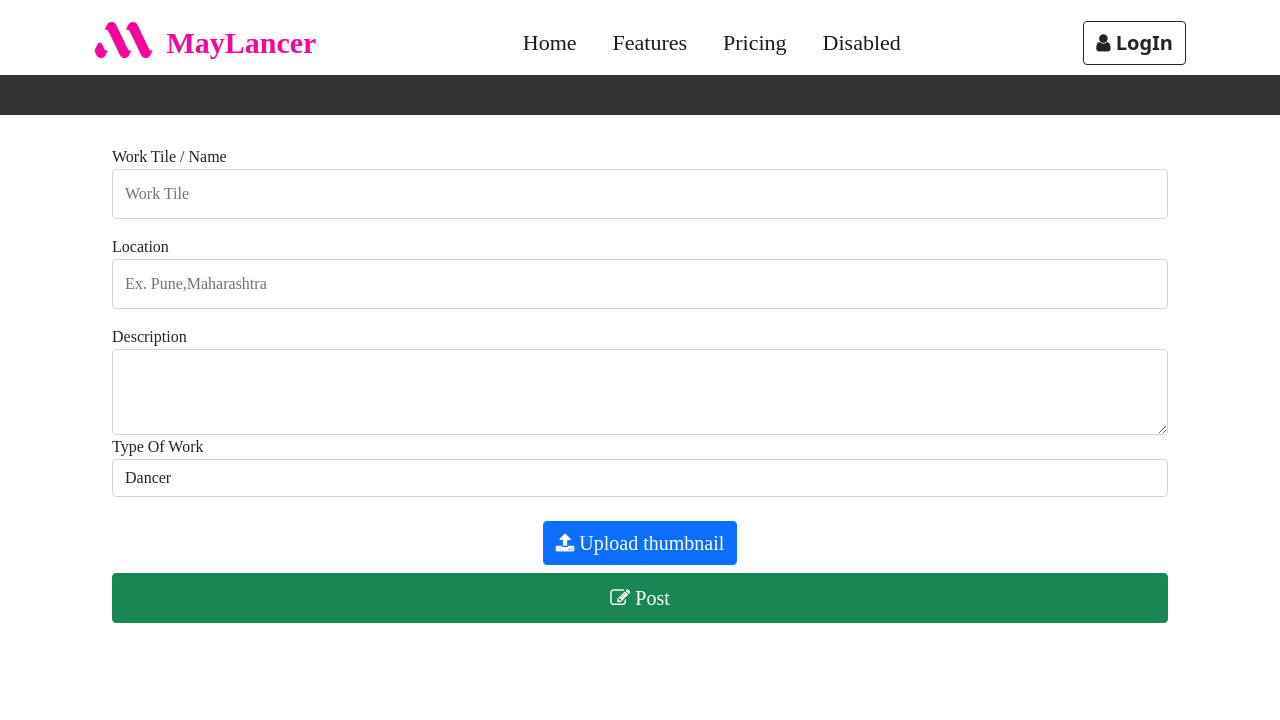
Repository: prathmesh2023/maylancers
Page: http://localhost/post_job
The author's editor kept a copy of each file at every save. The page is drawn from the files as they stood at one save, then again after the next save.
The browser window is 1280 px wide. The pictures show the whole page.
Some web fonts or font styles are not loaded; a fallback is used. Some web libraries are served in a nearby version. The page is served by the project's application, run on Django 3.2 (manage.py). Other server files are loaded and not shown. The page reads the database file committed with the project.

Above is the page before, as saved 2022-01-24 02:45:38.

### templates/postjob.html
{% extends "base.html" %} {% block title %} MayLancers {% endblock title %} {% load static %} {% block main %}
<div class="container ">


    <form method="post" action="/post_job" style="padding:30px;" enctype="multipart/form-data">
        <div class="mb-3">
            <label for="exampleInputEmail1">Work Tile / Name</label>

            <input required required type="text" name="wtitle" class="form-control" id="exampleInputEmail1" aria-describedby="emailHelp" placeholder="Work Tile ">

        </div>
        <div class="mb-3">
            <label for="loc">Location</label>
            <input required required type="text" name="loc" class="form-control" id="loc" placeholder="Ex. Pune,Maharashtra">
        </div>


        <div class="form-group">
            <label for="exampleFormControlTextarea1">Description</label>
            <textarea name="desc" required class="form-control" id="exampleFormControlTextarea1" rows="3"></textarea>
        </div>

        <div class="form-group">
            <label for="exampleFormControlSelect1">Type Of Work</label>
            <select name="cat" required class="form-control" id="exampleFormControlSelect1">
                {% for i in cat %}
                <option>{{i.title}}</option>
                {% endfor %}


          </div>

            </select>
        </div>
        <br> {% csrf_token %}

        <input name="file" required type="file" id="file" style="display:none;">

        <center>
            <label for="file" class="btn btn-primary "><span class="fa fa-upload">   </span> Upload thumbnail</label></center>
        <button type="submit" class="btn btn-success my-2"><span class="fa fa-edit"> </span> Post</button>
    </form>

</div>

<style>
    <style>.form {}

    form {
        background-color: white;
        padding: 10px;
        font-family: cursive;
        border-radius: 15px;
    }

    form input {
        height: 50px;
        font-size: 20x;
    }

    form button {
        height: 50px;
        width: 100%;
    }

    .btn {
        font-size: 20px;
    }

    .ml {
        margin-top: 10%;
    }

    .mf {
        margin-top: 8%;
    }
</style>


{% endblock %}

### templates/base.html
<!DOCTYPE html>
<html lang="en">

<head>
    <!-- Required meta tags -->
    <meta charset="utf-8" />

    <meta content="width=device-width, initial-scale=1" name="viewport" />

    <!-- Bootstrap CSS -->

    {% load static %}

    <link href="{% static 'bootstrap-5/css/bootstrap.min.css' %}" type="text/css" rel="stylesheet" />
    <link href="{% static 'css/main.css' %}" type="text/css" rel="stylesheet">

    <!-- js bostrap -->
    <script src="https://code.jquery.com/jquery-3.2.1.slim.min.js" integrity="sha384-KJ3o2DKtIkvYIK3UENzmM7KCkRr/rE9/Qpg6aAZGJwFDMVNA/GpGFF93hXpG5KkN" crossorigin="anonymous"></script>
    <script src="https://cdnjs.cloudflare.com/ajax/libs/popper.js/1.12.9/umd/popper.min.js" integrity="sha384-ApNbgh9B+Y1QKtv3Rn7W3mgPxhU9K/ScQsAP7hUibX39j7fakFPskvXusvfa0b4Q" crossorigin="anonymous"></script>
    <script src="https://maxcdn.bootstrapcdn.com/bootstrap/4.0.0/js/bootstrap.min.js" integrity="sha384-JZR6Spejh4U02d8jOt6vLEHfe/JQGiRRSQQxSfFWpi1MquVdAyjUar5+76PVCmYl" crossorigin="anonymous"></script>
    <!-- / -->
    <link rel="stylesheet" href="https://cdnjs.cloudflare.com/ajax/libs/font-awesome/4.7.0/css/font-awesome.min.css">
    <link href='https://fonts.googleapis.com/css?family=Concert One' rel='stylesheet'>
    <link href='https://fonts.googleapis.com/css?family=Courgette' rel='stylesheet'>
    <link href='https://fonts.googleapis.com/css?family=Jockey One' rel='stylesheet'>

    <!--  -->
    {% load static %}
    <title>{% block title %} {% endblock %}</title>
</head>


<body>


    <div class="container">
        <nav class="navbar navbar-expand-lg navbar-light bg-white">
            <div class="container-fluid">
                <a class="navbar-brand" href="#"><img class="brand " src="{% static 'img/logo.png' %}"> <span class="mx-2 Courgette" style=" color: #f5069d;  font-size: 30px;"> <b>MayLancer</b></span></a>
                <button class="navbar-toggler" type="button" data-bs-toggle="collapse" data-bs-target="#navbarNav" aria-controls="navbarNav" aria-expanded="false" aria-label="Toggle navigation">
      <span class="navbar-toggler-icon"></span>
    </button>
                <div class="collapse navbar-collapse" id="navbarNav">
                    <ul class="navbar-nav mx-auto ">
                        <li class="nav-item">
                            <a class="nav-link active" aria-current="page" href="#">Home</a>
                        </li>
                        <li class="nav-item ">
                            <a class="nav-link active" href="#">Features</a>
                        </li>
                        <li class="nav-item ">
                            <a class="nav-link active" href="#">Pricing</a>
                        </li>
                        <li class="nav-item  ">
                            <a class="nav-link active disabled">Disabled</a>
                        </li>
                    </ul>



                    {% if user.is_authenticated %} &nbsp;<span class=""> <b>

                        {{ user.username }}</b></span> &nbsp;&nbsp;
                    <a href="/logout">Logout</a> {% else %}
                    <a href="/login"><button class="btn btn-outline-dark"><span class="fa fa-user"> </span> <b>LogIn</b></button></a> {% endif %}

                </div>
            </div>
        </nav>
    </div>


    <div class="navbar " style="height: 40px; margin-top: -10px; background-color: #000000cc;">




    </div>


    {% block main %} {% endblock main %}

    <!--
    <div class="container my-5">
        <div class="row">
            <div class="col-md-3">

                <div class="card  m-0 p-0" style="border: solid 2px #f5069d ; border-top-right-radius: 0px; border-top-left-radius: 0px; border-top: none ;">
                    <div class="card-body ">
                        <img src="painter.jpg" class="img border-0 p-0">
                        <h2 style="margin-top:20px;">
                            Painter
                        </h2>
                        <p class="card-text"><b>Find Painters nearby you</b></p>
                        <a href="#" class="btn sub">  Find </a>
                    </div>
                </div>

            </div>


            <div class="col-md-3">

                <div class="card  m-0 p-0" style="border: solid 2px #f5069d ; border-top-right-radius: 0px; border-top-left-radius: 0px; border-top: none ;">
                    <div class="card-body ">
                        <img src="mechanic.jpg" class="img border-0 p-0">
                        <h2 style="margin-top:20px;">
                            Mechanic
                        </h2>
                        <p class="card-text"><b>Find Mechanics nearby you</b></p>
                        <a href="#" class="btn sub"> Find </a>
                    </div>
                </div>

            </div>



            <div class="col-md-3">

                <div class="card  m-0 p-0" style="border: solid 2px #f5069d ; border-top-right-radius: 0px; border-top-left-radius: 0px; border-top: none ;">
                    <div class="card-body ">
                        <img src="designer1.jpg" class="img border-0 p-0">
                        <h2 style="margin-top:20px;">
                            Designer
                        </h2>
                        <p class="card-text"><b>Find Designer nearby you</b></p>
                        <a href="#" class="btn sub"> Find </a>
                    </div>
                </div>

            </div>


            <div class="col-md-3">

                <div class="card  m-0 p-0" style="border: solid 2px #f5069d ; border-top-right-radius: 0px; border-top-left-radius: 0px; border-top: none ;">
                    <div class="card-body ">
                        <img src="doctor.jpg" class="img border-0 p-0">
                        <h2 style="margin-top:20px;">
                            Doctor
                        </h2>
                        <p class="card-text"><b>Find Doctors nearby you</b></p>
                        <a href="#" class="btn sub"> Find </a>
                    </div>
                </div>

            </div>
        </div>
    </div> -->

    <!-- / -->





    <!-- Optional JavaScript; choose one of the two! -->

    <!-- Option 1: Bootstrap Bundle with Popper -->
    <script src="https://cdn.jsdelivr.net/npm/bootstrap@5.1.3/dist/js/bootstrap.bundle.min.js " integrity="sha384-ka7Sk0Gln4gmtz2MlQnikT1wXgYsOg+OMhuP+IlRH9sENBO0LRn5q+8nbTov4+1p " crossorigin="anonymous "></script>

    <!-- Option 2: Separate Popper and Bootstrap JS -->
    <!--
    <script src="https://cdn.jsdelivr.net/npm/@popperjs/core@2.10.2/dist/umd/popper.min.js " integrity="sha384-7+zCNj/IqJ95wo16oMtfsKbZ9ccEh31eOz1HGyDuCQ6wgnyJNSYdrPa03rtR1zdB " crossorigin="anonymous "></script>
    <script src="https://cdn.jsdelivr.net/npm/bootstrap@5.1.3/dist/js/bootstrap.min.js " integrity="sha384-QJHtvGhmr9XOIpI6YVutG+2QOK9T+ZnN4kzFN1RtK3zEFEIsxhlmWl5/YESvpZ13 " crossorigin="anonymous "></script>
    -->
</body>

</html>

### app1/models.py
from django.db import models

# Create your models here.
from django.contrib.auth.models import User

class profile(models.Model):
    user = models.OneToOneField(User, on_delete=models.CASCADE)
    about = models.CharField(max_length=100)
    dp = models.ImageField('dp', upload_to="app1/img/dp")


class category(models.Model):
    title = models.CharField(max_length=200)
    location = models.CharField(max_length=200)
    thumbnail = models.ImageField('thumbnail', upload_to="app1/img/category")
    desc = models.TextField()


    def __str__(self):
        return self.title


class post(models.Model):

    title = models.CharField(max_length=200)
    loc = models.CharField(max_length=200)
    desc = models.TextField()
    cat = models.CharField(max_length=200)
    thumb = models.ImageField('thumb', upload_to="app1/img/post/thumb")
    afrom = models.IntegerField()
    ato = models.IntegerField()


    def __str__(self):
        return self.title

### app1/views.py
from django.shortcuts import render,HttpResponse,redirect
from django.contrib.auth.models import User,auth
from django.contrib.auth.decorators import login_required
from .models import User,profile,category


# Create your views here.

def home(request):



    cat = category.objects.all().order_by('-id')

    data= {
        'cat':cat,
    }


    return render(request, "home.html", data)


def login(request):

    if request.method == 'POST':
        uname = request.POST.get('uname')
        pwd = request.POST.get('pwd')

        user = auth.authenticate(username=uname, password=pwd)

        if user is not None:
            auth.login(request, user)
            return redirect('/profile')
        else:
            return HttpResponse("uname , password invalid ")


    return render(request, "login.html")




def logout(request):
    auth.logout(request)

    return redirect('/')


def profile(request):

    if request.user.is_authenticated:


        return render(request, "profile.html")
    else:
        return redirect("/login")


def register(request):

    if request.method == "POST":
        uname = request.POST.get('uname')
        email = request.POST.get('email')
        pwd = request.POST.get('pwd')
        fname = request.POST.get('fname')
        lname = request.POST.get('lname')


        # u = User(password=pwd, username=uname, email=email,first_name=fname, last_name=lname)

        User.objects.create_user(password=pwd, username=uname, email=email,first_name=fname, last_name=lname)


        return redirect('/profile')
    else:
        HttpResponse("faield")

    return render(request, "register.html")


def post_job(request):

    cat = category.objects.all().order_by('-id')

    data={
        "cat":cat,
    }

    if request.method == 'POST':
        wtitle = request.POST.get('wtitle')
        loc = request.POST.get('loc')
        desc = request.POST.get('desc')
        cat = request.POST.get('cat')
        thumb = request.FILES['file']

        from .models import post

        job = post(title=wtitle, loc=loc, desc=desc, cat=cat, thumb=thumb)

        job.save()

        return redirect('/')


    return render(request, "postjob.html", data)

### maylancer/urls.py
"""maylancer URL Configuration

The `urlpatterns` list routes URLs to views. For more information please see:
    https://docs.djangoproject.com/en/3.2/topics/http/urls/
Examples:
Function views
    1. Add an import:  from my_app import views
    2. Add a URL to urlpatterns:  path('', views.home, name='home')
Class-based views
    1. Add an import:  from other_app.views import Home
    2. Add a URL to urlpatterns:  path('', Home.as_view(), name='home')
Including another URLconf
    1. Import the include() function: from django.urls import include, path
    2. Add a URL to urlpatterns:  path('blog/', include('blog.urls'))
"""
from django.contrib import admin
from django.urls import path,include

urlpatterns = [
    path('admin/', admin.site.urls),
    path('',include('app1.urls'))
]

### app1/urls.py
from django.contrib import admin
from django.urls import path
from app1 import views

from django.conf import settings
from django.conf.urls.static import static

urlpatterns = [
    path("", views.home , name="home"),
    path("login", views.login, name="login"),
    path("logout", views.logout,name="logout"),
    path("profile", views.profile, name="profile"),
    path("register", views.register, name="register"),
    path("post_job", views.post_job, name="post_job"),


]+ static(settings.MEDIA_URL, document_root=settings.MEDIA_ROOT)

### static/css/main.css
.primary-bg {
    background-color: rgb(255, 78, 166);
}

.brand {
    max-width: 100px;
    max-height: 39px;
    margin-top: -14px;
}

.bg-white {
    background: white;
}

a u {
    text-decoration: none;
}

.nav-item {
    font-size: large;
    font-family: 'Concert One';
    font-size: 22px;
    padding: 10px;
}

.in {
    margin-top: 50px;
}

.bgc {
    background-color: black;
    background-repeat: no-repeat;
    background-size: 100%;
    width: 100%;
    height: 400px;
}


/* fonts */

.jone {
    font-family: 'Jockey One';
}

.Courgette {
    font-family: 'Courgette';
}

.searchbox {}

.searchbox input {
    border-radius: 0%;
    height: 50px;
    background-color: #ffffffd9;
}

.bt {
    border-radius: 0%;
    height: 50px;
    font-family: cursive;
}

.di {
    color: white;
    border-radius: 0%;
}


/* cards */


/* .sub {
    background: #f5069d;
    color: white;
}

.img-thumbnail {
    padding: 0px;
}

.img {
    margin-left: -31px;
    width: 120%;
    height: 180px;
    border-style: solid;
    border-size: px;
    padding: 10px;
    box-shadow: 5px 10px 18px #888888;
    margin-top: -25px;
}

.card {
    box-shadow: 5px 10px 18px #888888;
}
*/

.card_main {
    margin-top: -100px;
}

.sub {
    background: #f5069d;
    color: white;
}

.img-thumbnail {
    padding: 0px;
}

.img {
    margin-left: -20px;
    width: 110%;
    height: auto;
    border-style: solid;
    border-size: 1px;
    box-shadow: 5px 10px 18px #888888;
    margin-top: -25px;
}

.card {
    box-shadow: 5px 10px 18px #888888;
    margin-left: 20px;
    margin-right: 20px;
    text-decoration: none;
}

.card a {
    text-decoration: none;
}

.card:hover {
    color: #f5069d;
}

@media only screen and (max-width: 900px) {
    .img {}
    .card {
        margin-left: 50px;
        margin-right: 50px;
    }
}

.pj button {
    border-radius: 0px;
    color: white;
    font-family: cursive;
}


/*  */

### db.sqlite3 (the tables this page reads, as SQL)
CREATE TABLE "app1_category" ("id" integer NOT NULL PRIMARY KEY AUTOINCREMENT, "title" varchar(200) NOT NULL, "location" varchar(200) NOT NULL, "desc" text NOT NULL, "thumbnail" varchar(100) NULL);
INSERT INTO "app1_category" VALUES
(1, 'painter', 'Pune , mh', 'painter', 'app1/img/category/painter_LAaJ8Te.jpg'),
(2, 'designer', 'latur', 'designer', 'app1/img/category/designer1.jpg'),
(3, 'mechanic', 'pune', 'mechanic', 'app1/img/category/mechanic.jpg'),
(4, 'dctor', 'bombay', 'dector', 'app1/img/category/doctor.jpg'),
(6, 'Dancer', 'pune, maharashtra', 'I want a Bar dancer', 'app1/img/category/download.jpg');

Loaded but not shown: static/bootstrap-5/css/bootstrap.min.css (library)

After the next save:
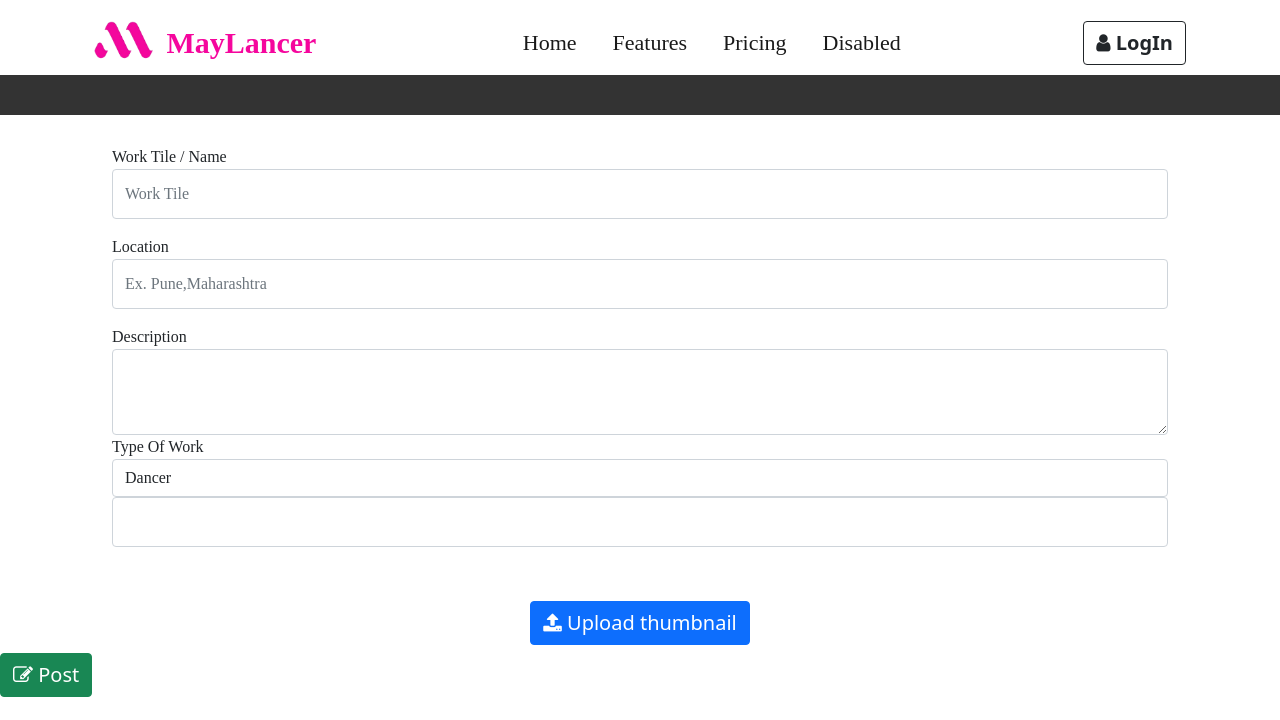
Saved 111 s later.
--- a/templates/postjob.html
+++ b/templates/postjob.html
@@ -29,6 +29,13 @@
 
 
           </div>
+
+          <div class="form-group">
+              <div class="col-6">
+                  <input type="text" class="form-control">
+              </div>
+          </div>
+
 
             </select>
         </div>
